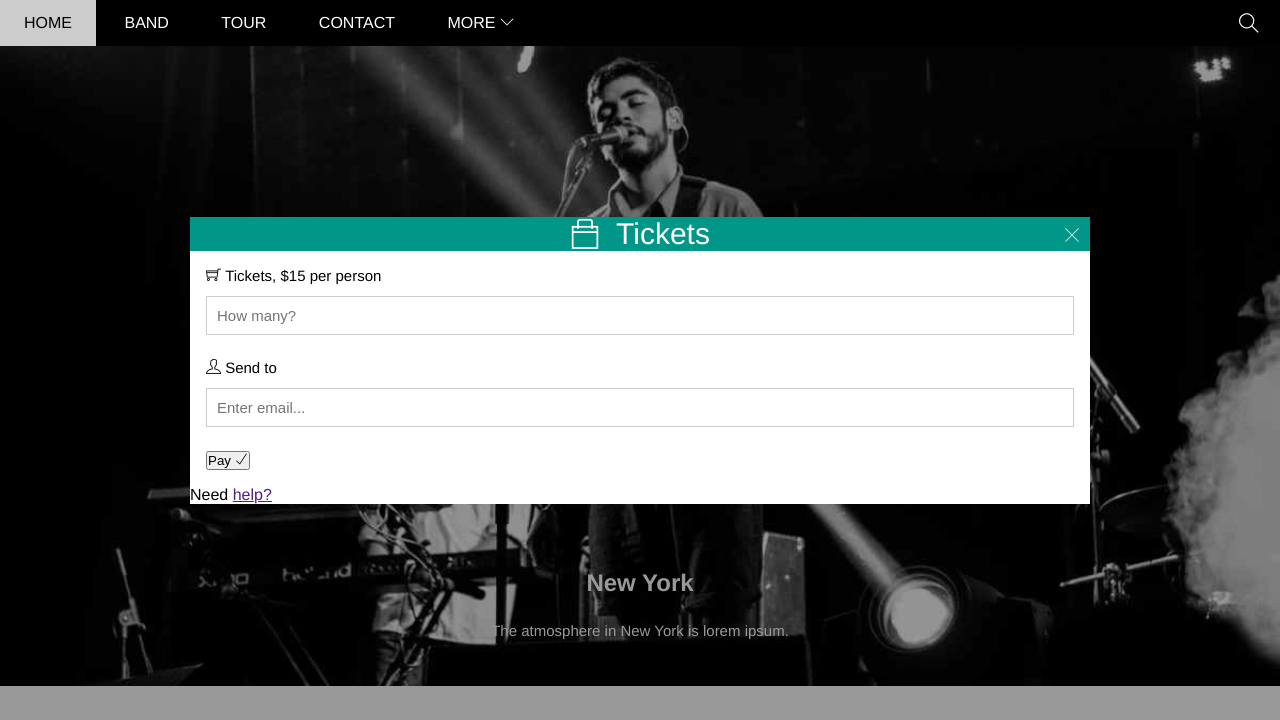
Repository: vophuocthanh/phuocthanhk03
Page: index.html
These files come from the project's save history. The page is drawn as it stood at one moment and after the next save; the edit follows.
The browser window is 1280 px wide. The pictures show the window.
A layer covers the whole window, so only the first screen is drawn.

Above is the page before, as saved 2022-03-25 22:31:12.

After the next save:
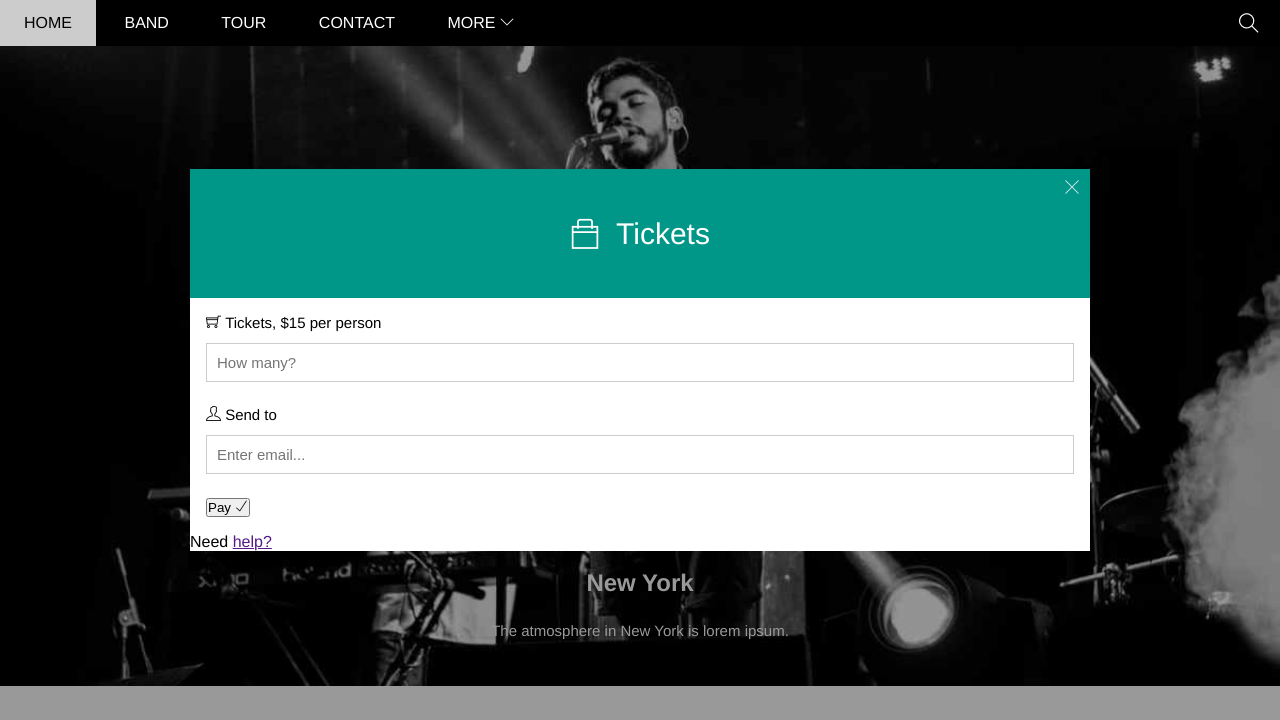
Saved 10 min 46 s later.
--- a/asset/css/style.css
+++ b/asset/css/style.css
@@ -322,7 +322,7 @@ html {
 
 .modal-header {
     background-color: #009688;
-    height: 129px px;
+    height: 129px;
     display: flex;
     align-items: center;
     justify-content: center;
